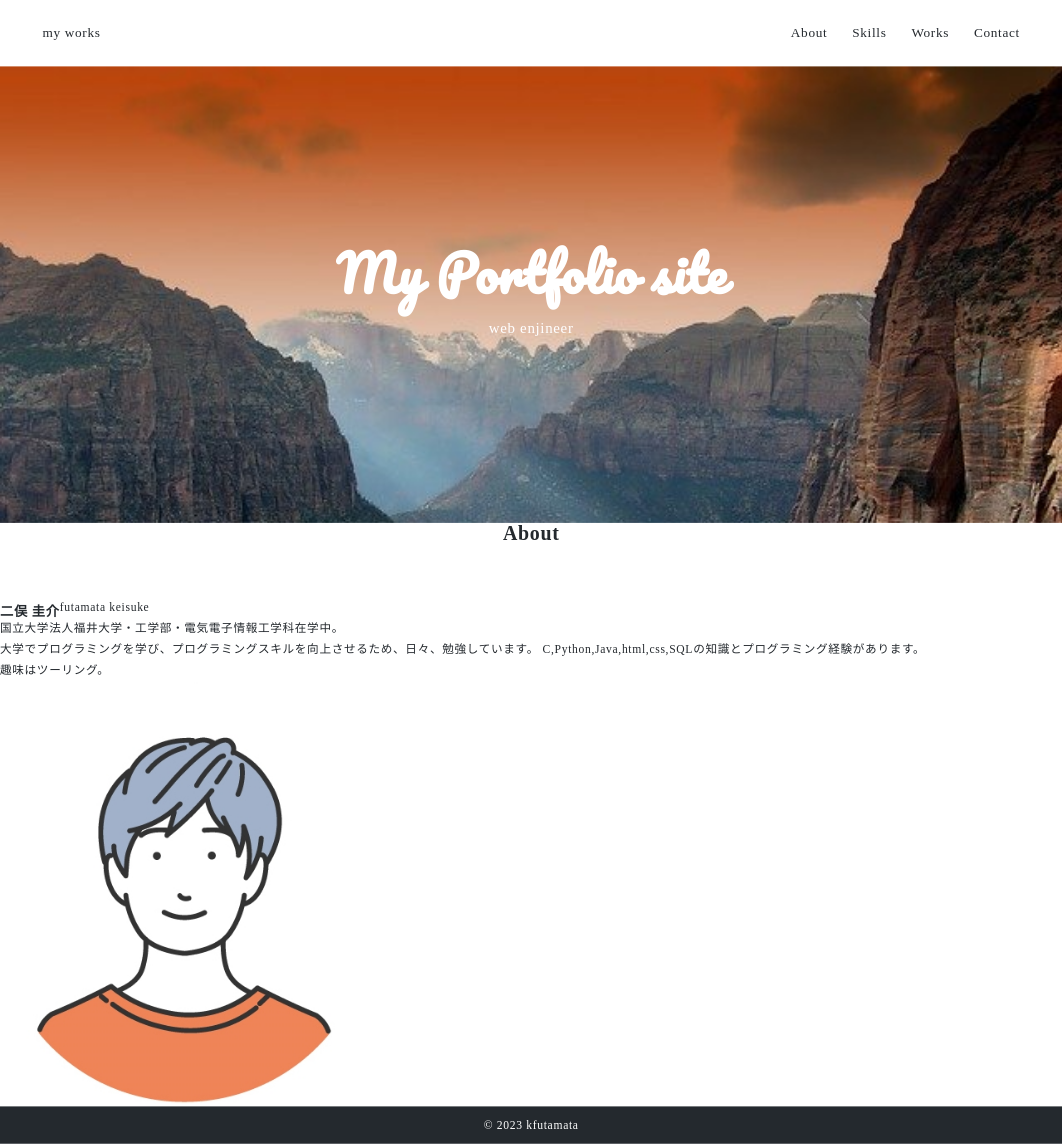
Repository: F-ksk/portfolio
Page: index.html
An editor plug-in stored every save of this project. The page is shown before and after the next save, followed by the edit.
The browser window is 1280 px wide. The pictures show the whole page, at 83% of full size.

Above is the page before, as saved 2023-06-28 02:17:56.

After the next save:
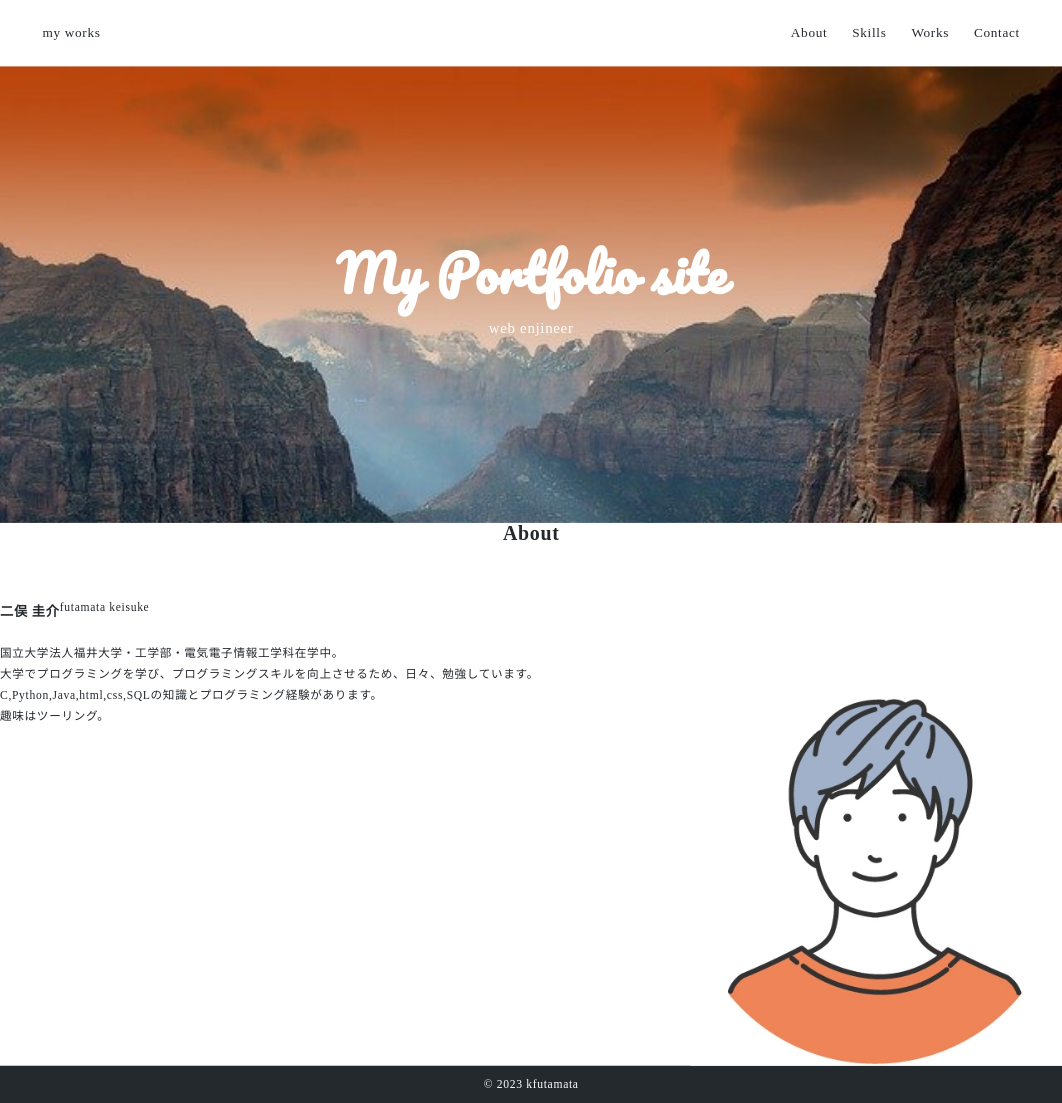
Saved 84 s later.
--- a/css/style.css
+++ b/css/style.css
@@ -99,3 +99,9 @@ footer {
 #about h3 {
     margin-top: 10px;
 }
+
+#about-detail {
+    margin-top: 30px;
+    display: flex;
+    justify-content: space-between;
+}
